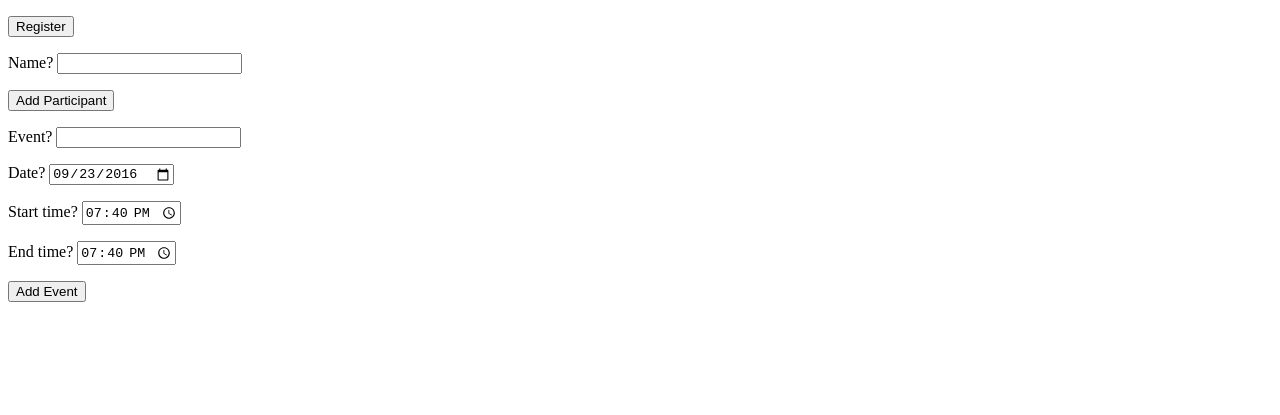
Repository: couttsb/Assignment1
Page: http://localhost/
The author's editor kept a copy of each file at every save. The page is drawn from the files as they stood at one save, then again after the next save.
The browser window is 1280 px wide. The pictures show the whole page.
The page is run by PHP 8.4 with error messages shown; the project is at /var/www/html/.

Above is the page before, as saved 2016-09-28 04:51:08.

After the next save:
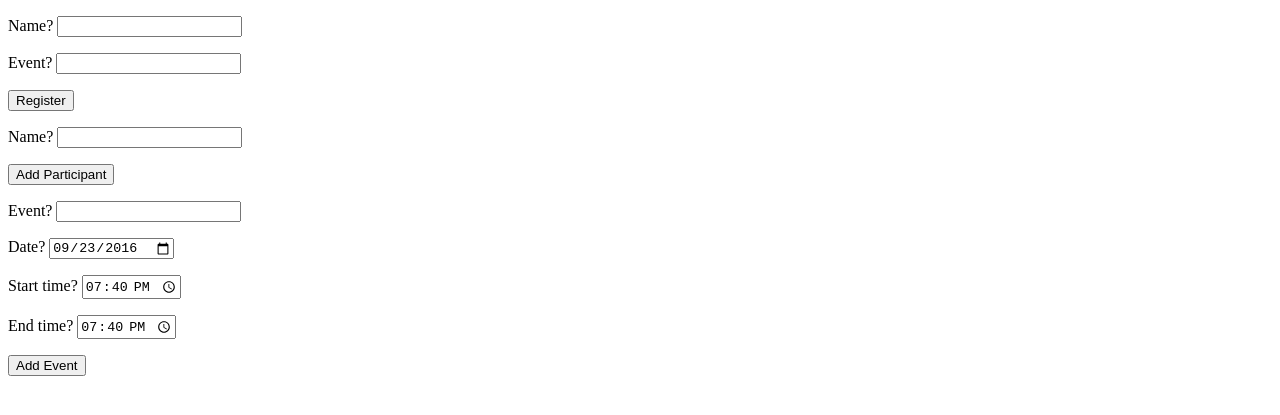
Saved 109 s later.
--- a/Online/EventRegistration/index.php
+++ b/Online/EventRegistration/index.php
@@ -12,14 +12,10 @@
 		require_once "Model/Registration.php";
 		?>
 		<form action="register.php" method="post">
+			<p>Name? <input type="text" name="participant_name" />
+			<p>Event? <input type="text" name="event_name" />
 			<span class="error">
 			<?php
-			if (isset($_POST['participantspinner'])) {
-				$participant = $_POST['participantspinner'];
-			}
-			if (isset($_POST['eventspinner'])) {
-				$event = $_POST['eventspinner'];
-			}
 			if (isset($_SESSION['errorRegister']) && !empty($_SESSION['errorRegister'])) {
 				echo " * " . $_SESSION["errorRegister"];
 			}
